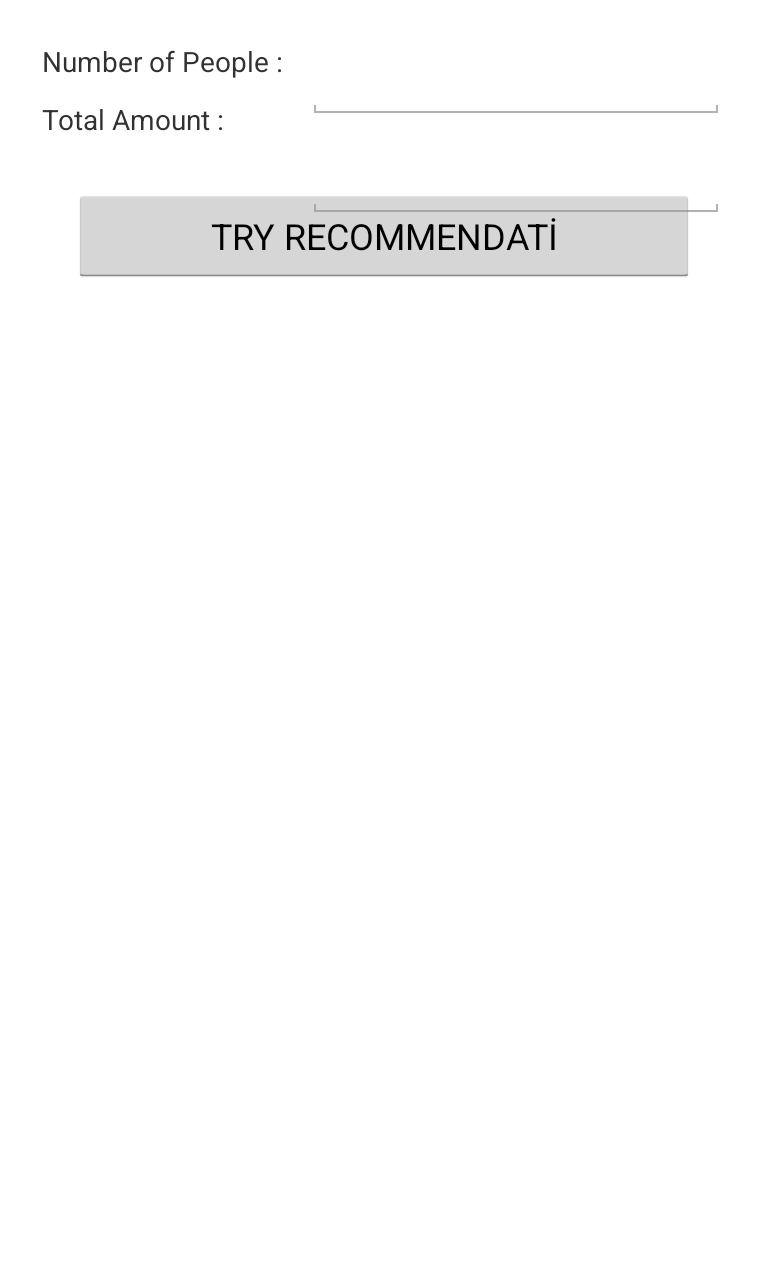
Repository: erenerdogan/ERMS
Layout: ERMSMobile/ERMS/res/layout/activity_try_recommendation.xml
The author's editor kept a copy of each file at every save. The layout is drawn from the files as they stood at one save, then again after the next save.
It is drawn on a 768 x 1280 px phone screen (xhdpi) without system bars, with theme AppTheme; the app's code is not run.

Above is the layout before, as saved 2013-12-21 19:23:37.

After the next save:
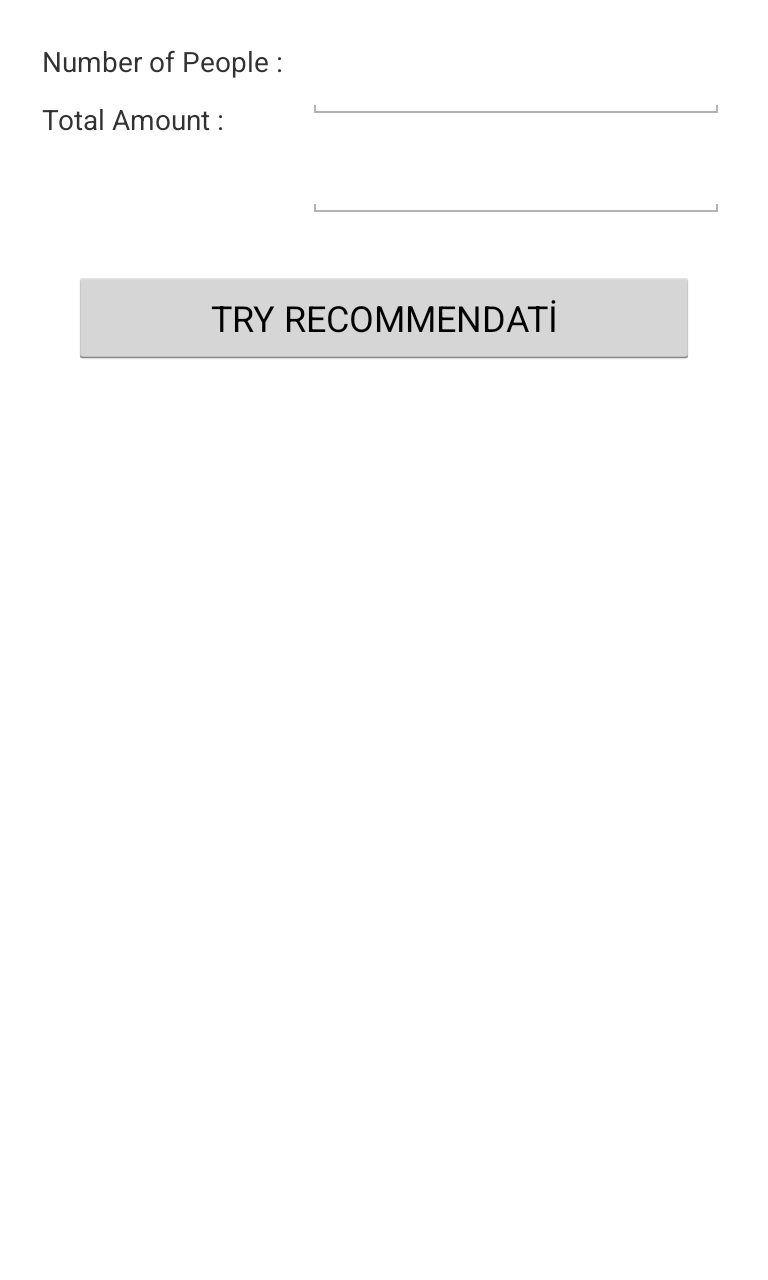
Saved 26 s later.
--- a/ERMSMobile/ERMS/res/layout/activity_try_recommendation.xml
+++ b/ERMSMobile/ERMS/res/layout/activity_try_recommendation.xml
@@ -52,8 +52,10 @@
         android:id="@+id/trybtn"
         android:layout_width="fill_parent"
         android:layout_height="wrap_content"
-        android:layout_below="@+id/tryAmount"
+        android:layout_below="@+id/tryAmountEdit"
+        android:layout_centerHorizontal="true"
         android:layout_margin="20dip"
+        android:layout_marginTop="28dp"
         android:text="TRY RECOMMENDATİ" />
 
 </RelativeLayout>
